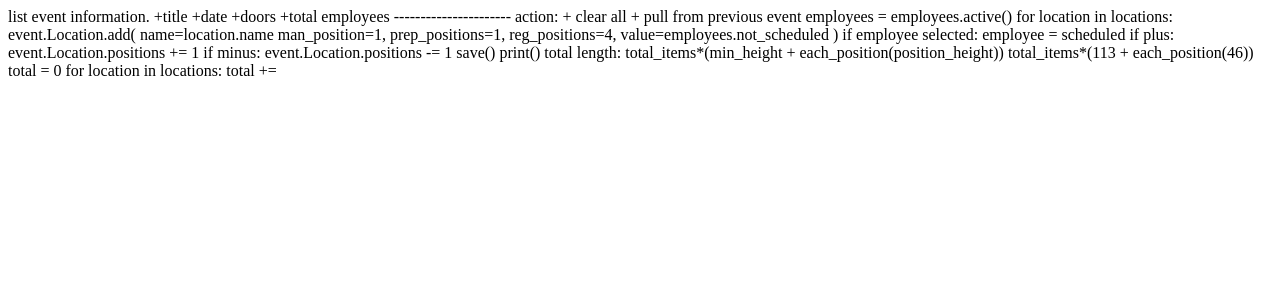
Repository: matthewrr/Employee-Scheduling-App
Page: outline.html
The author's editor kept a record of every edit. The page is drawn from the files as they stood at one moment, then again after the next edit.
The browser window is 1280 px wide. The pictures show the whole page.

Above is the page before.

### outline.html
list event information.
    +title
    +date
    +doors
    +total employees
----------------------

action:
    + clear all
    + pull from previous event

employees = employees.active()

for location in locations:
    event.Location.add(
        name=location.name
        man_position=1,
        prep_positions=1,
        reg_positions=4,
        value=employees.not_scheduled
        )

if employee selected:
    employee = scheduled
if plus:
    event.Location.positions += 1
if minus:
    event.Location.positions -= 1

save()
print()

total length:
    total_items*(min_height + each_position(position_height))

    total_items*(113 + each_position(46))

total = 0
for location in locations:
    total +=

After the next edit:
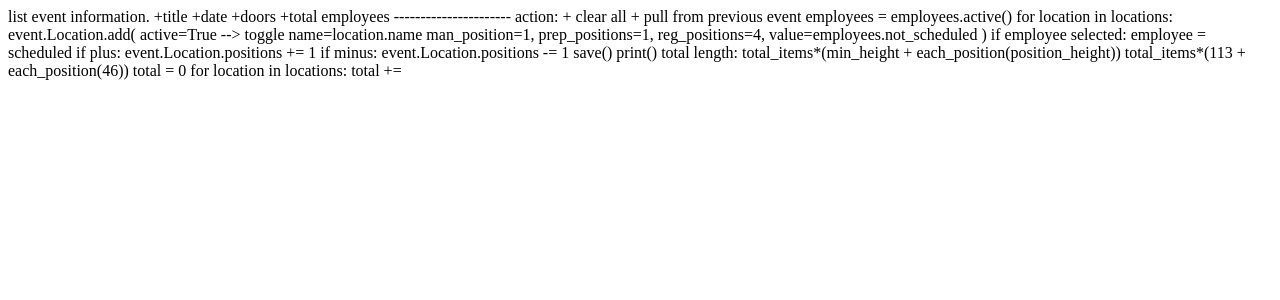
The edit:
--- a/outline.html
+++ b/outline.html
@@ -13,6 +13,7 @@
 
 for location in locations:
     event.Location.add(
+        active=True --> toggle
         name=location.name
         man_position=1,
         prep_positions=1,
